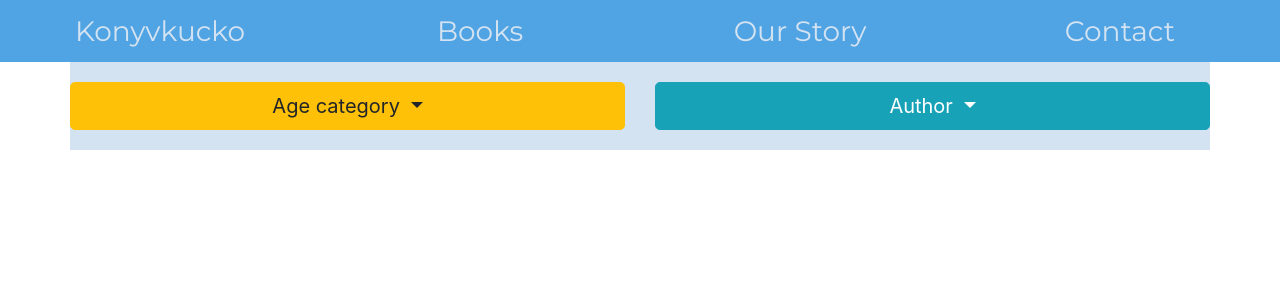
Repository: taikatta/Konyvkucko
Page: books.html
The author's editor kept a record of every edit. The page is drawn from the files as they stood at one moment, then again after the next edit.
The browser window is 1280 px wide. The pictures show the whole page.

Above is the page before.

After the next edit:
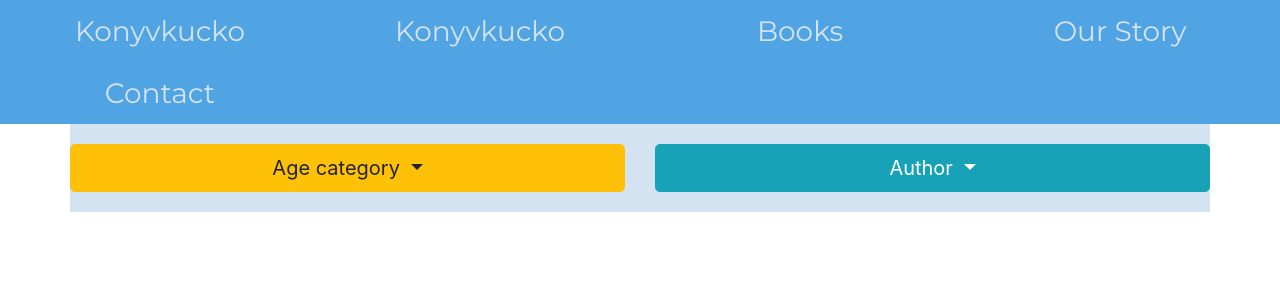
The edit:
--- a/books.html
+++ b/books.html
@@ -16,6 +16,9 @@
         <div class="row no-gutters">
             <div class="col">
                 <ul id="nav" class="list-inline menucontainer">
+                    <li class="col-6 col-sm-3 list-inline-item menuitem">
+                        <a href="index.html"><span>Konyvkucko</span></a>
+                    </li>
                     <li class="col-6 col-sm-3 list-inline-item menuitem">
                         <a href="index.html"><span>Konyvkucko</span></a>
                     </li>
